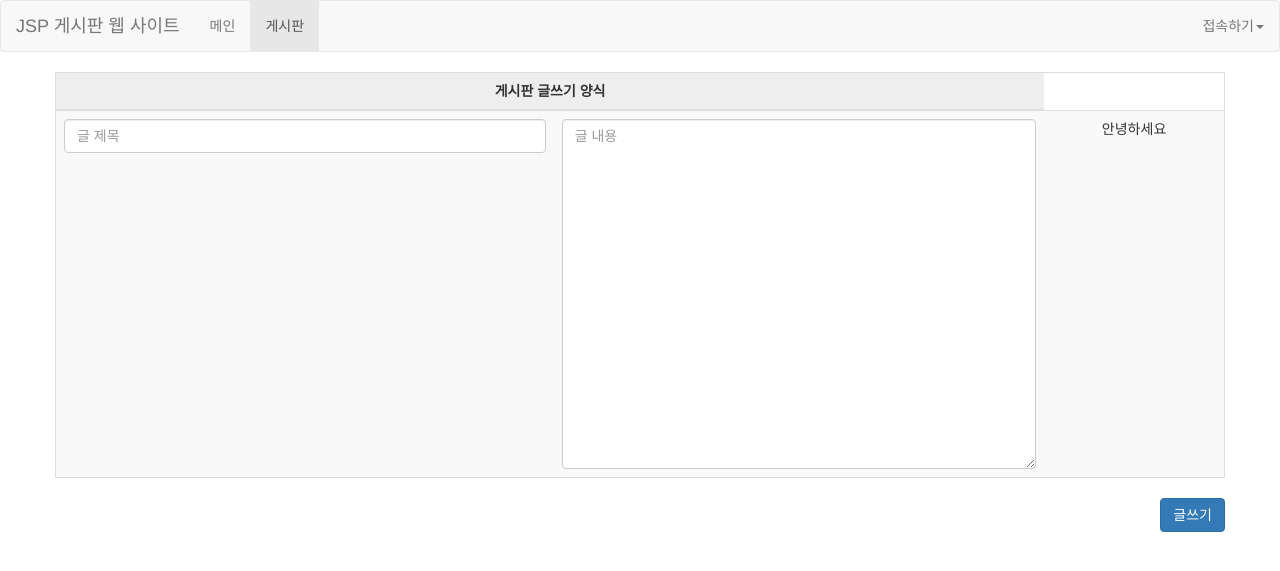
Repository: jk4g2/JSP_BBS
Page: http://localhost/BBS/view.jsp
An editor plug-in stored every save of this project. The page is shown before and after the next save, followed by the edit.
The browser window is 1280 px wide. The pictures show the whole page.
Some web libraries are served in a nearby version. The page is served by Tomcat 9.

Above is the page before, as saved 2020-03-15 23:18:37.

After the next save:
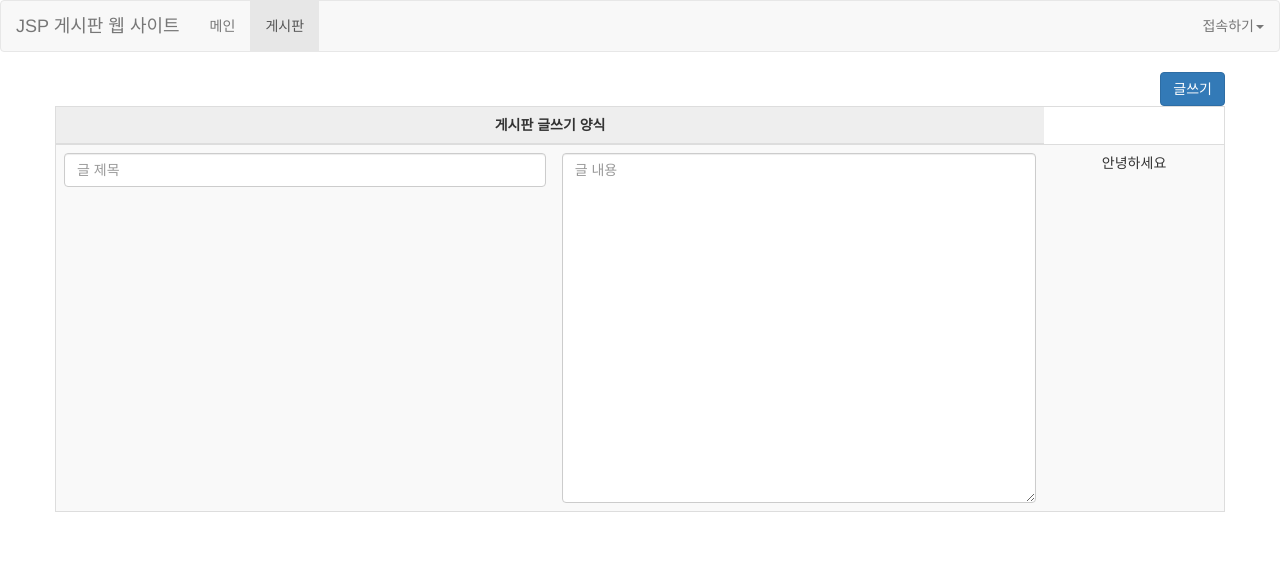
Saved 2 min 7 s later.
--- a/BBS/WebContent/view.jsp
+++ b/BBS/WebContent/view.jsp
@@ -68,21 +68,23 @@
 	</nav>
 	<div class="container">
 		<div class="row">
-			<table class="table table-striped" style="text-align: center; border: 1px solid #dddddd">
-				<thead>
-					<tr>
-						<th colspan="2" style="background-color: #eeeeee; text-align:center;">게시판 글쓰기 양식</th>
-					</tr>
-				</thead>
-				<tbody>
-					<tr>
-						<td><input type="text" class="form-control" placeholder="글 제목" name="bbsTitle" maxlength=""></td>
-						<td><textarea type="text" class="form-control" placeholder="글 내용" name="bbsContent" maxlength="2048" style="height: 350px;"></textarea>
-						<td>안녕하세요</td>
-					</tr>
-				</tbody>
-			</table>
-			<input type="submit" class="btn btn-primary pull-right" value="글쓰기">
+			<form method="post" action="writeAction.jsp">
+				<table class="table table-striped" style="text-align: center; border: 1px solid #dddddd">
+					<thead>
+						<tr>
+							<th colspan="2" style="background-color: #eeeeee; text-align:center;">게시판 글쓰기 양식</th>
+						</tr>
+					</thead>
+					<tbody>
+						<tr>
+							<td><input type="text" class="form-control" placeholder="글 제목" name="bbsTitle" maxlength=""></td>
+							<td><textarea type="text" class="form-control" placeholder="글 내용" name="bbsContent" maxlength="2048" style="height: 350px;"></textarea>
+							<td>안녕하세요</td>
+						</tr>
+					</tbody>
+					<input type="submit" class="btn btn-primary pull-right" value="글쓰기">
+				</table>
+			</form>
 		</div>
 	</div>
 

After the save that followed:
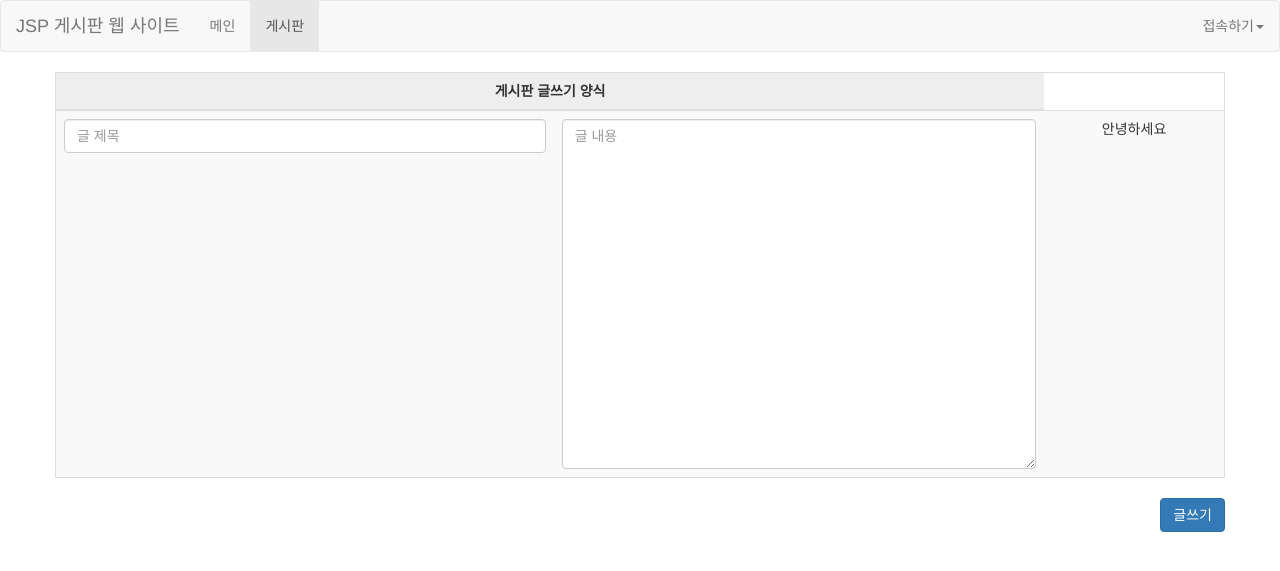
Saved 32 s later.
--- a/BBS/WebContent/view.jsp
+++ b/BBS/WebContent/view.jsp
@@ -82,8 +82,8 @@
 							<td>안녕하세요</td>
 						</tr>
 					</tbody>
+				</table>
 					<input type="submit" class="btn btn-primary pull-right" value="글쓰기">
-				</table>
 			</form>
 		</div>
 	</div>
